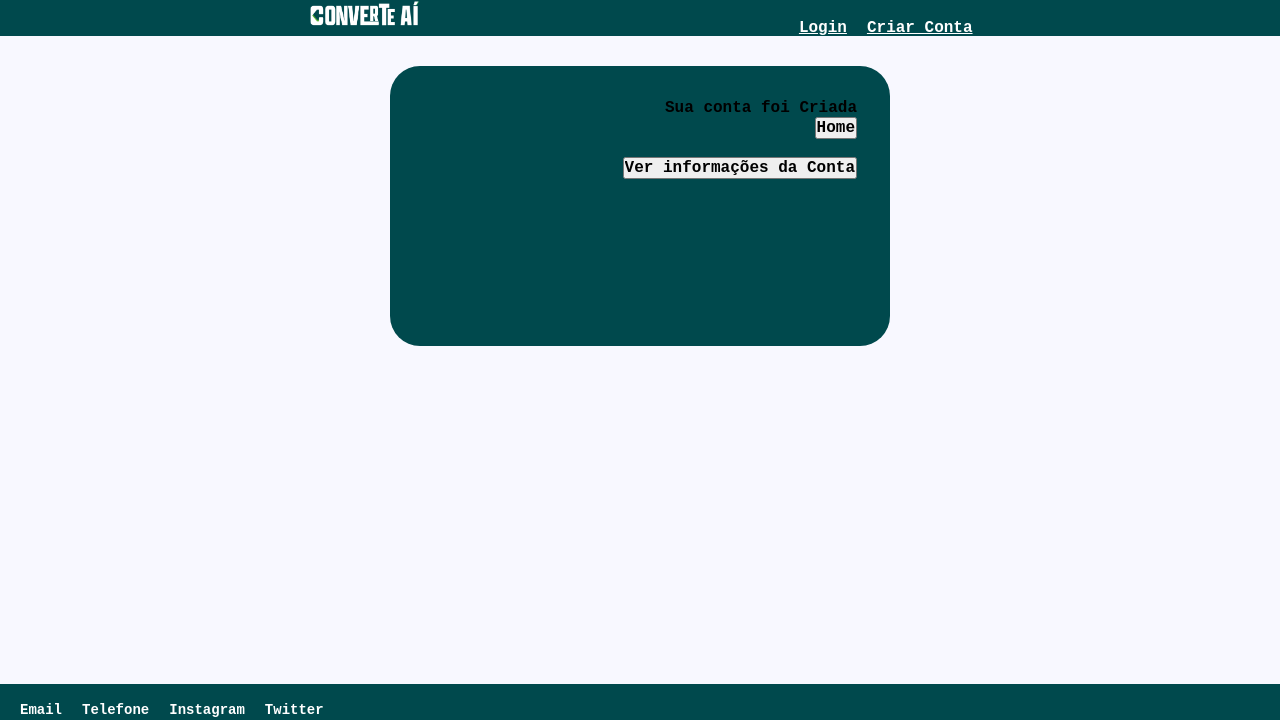
Repository: Frav1u/converteai
Page: http://localhost/ConverteAi/erro.jsp
An editor plug-in stored every save of this project. The page is shown before and after the next save, followed by the edit.
The browser window is 1280 px wide. The pictures show the whole page.
Some web fonts or font styles are not loaded; a fallback is used. The page is served by Tomcat 9.

Above is the page before, as saved 2023-10-04 01:29:32.

After the next save:
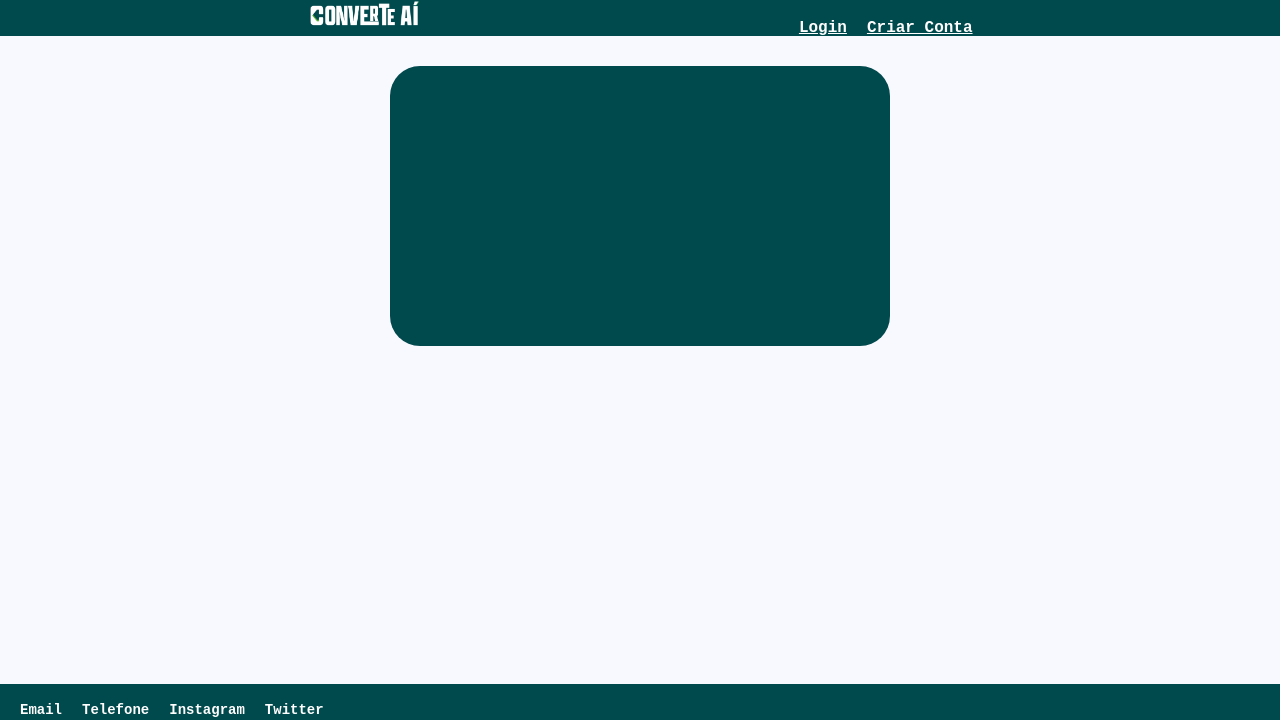
Saved 105 s later.
--- a/ConverteAi/src/main/webapp/erro.jsp
+++ b/ConverteAi/src/main/webapp/erro.jsp
@@ -23,9 +23,6 @@
         <div class="caixa">
 
 
-        			<p>Sua conta foi Criada</p>
-        			<input type="reset" value="Home"></input><br><br>
-                    <input type="submit" value="Ver informações da Conta"></input>
 
 
                </div>
